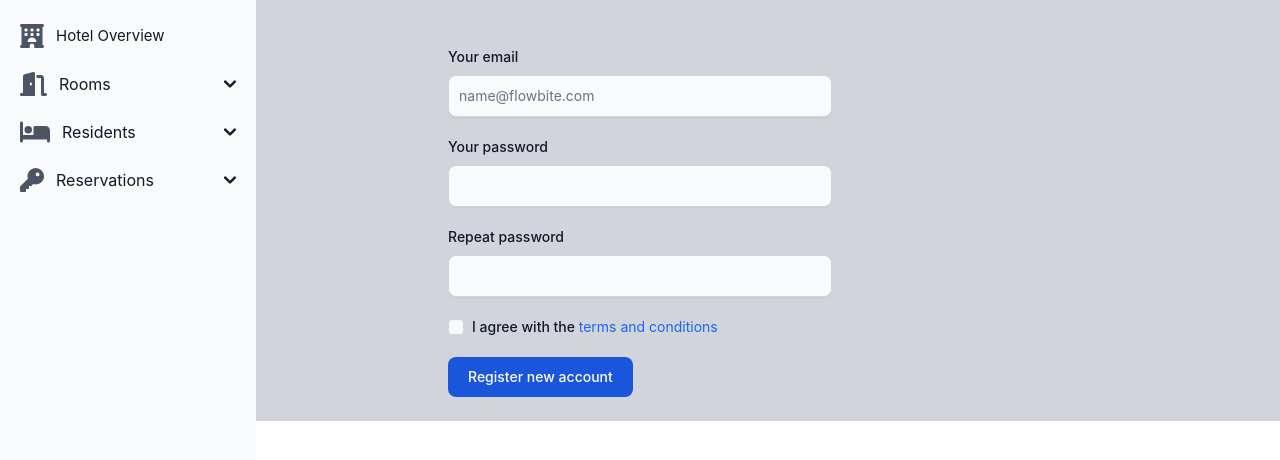
Repository: aggepap/hotelReservationsProj
Page: /rooms/add (app in admin-panel/)
The author's editor kept a copy of each file at every save. The page is drawn from the files as they stood at one save, then again after a run of saves.
The browser window is 1280 px wide. The pictures show the whole page.
The project was rebuilt for these pictures with package versions that can differ from the ones it lists, and the page was loaded fresh each time. Also part of the build but not shown: admin-panel/vite.config.ts, admin-panel/src/views/HomeView.vue.

Above is the page before, as saved 2025-01-19 15:47:08.

After the next 2 saves:
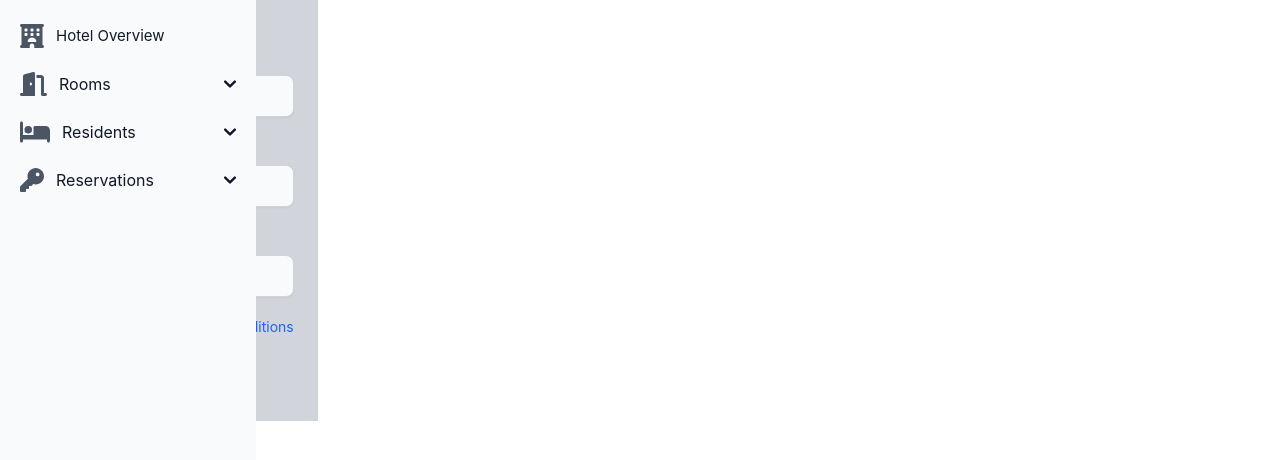
The 2 saves are shown as one change because they came seconds apart.
The last was saved 90 s later.
--- a/admin-panel/src/App.vue
+++ b/admin-panel/src/App.vue
@@ -174,8 +174,8 @@ import { faKey } from "@fortawesome/free-solid-svg-icons";
       </div>
     </aside>
 
-    <main class="flex items-start w-full h-screen">
-      <div class="mx-auto w-full md:p-6 bg-gray-300 pt-12">
+    <main class="flex items-start h-screen">
+      <div class="mx-auto md:p-6 bg-gray-300 pt-12">
         <RouterView />
       </div>
     </main>
